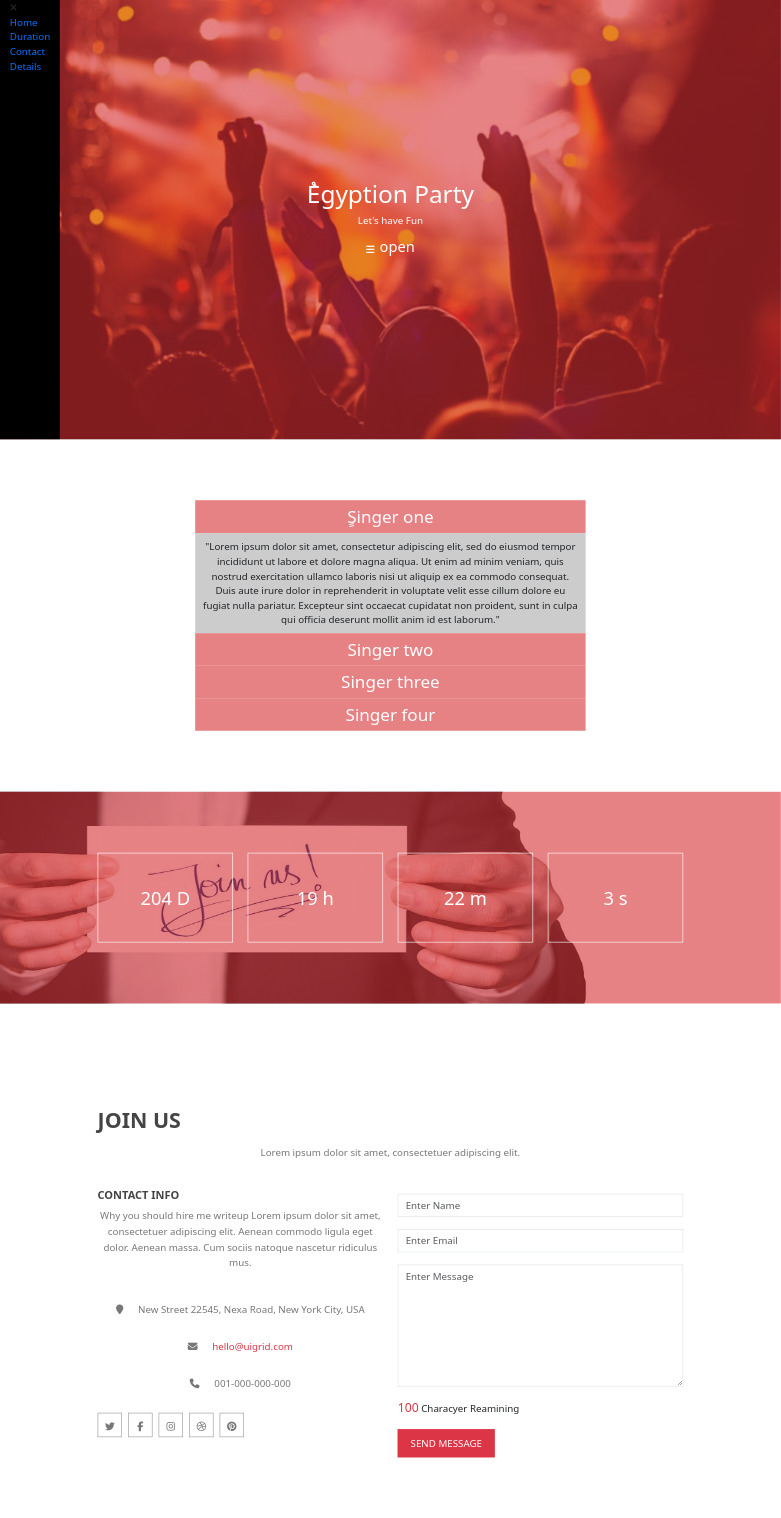
Repository: HagarYousry/jQuery
Page: index.html
An editor plug-in stored every save of this project. The page is shown before and after the next save, followed by the edit.
The browser window is 1280 px wide. The pictures show the whole page, at 61% of full size.

Above is the page before, as saved 2024-07-25 18:20:21.

After the next save:
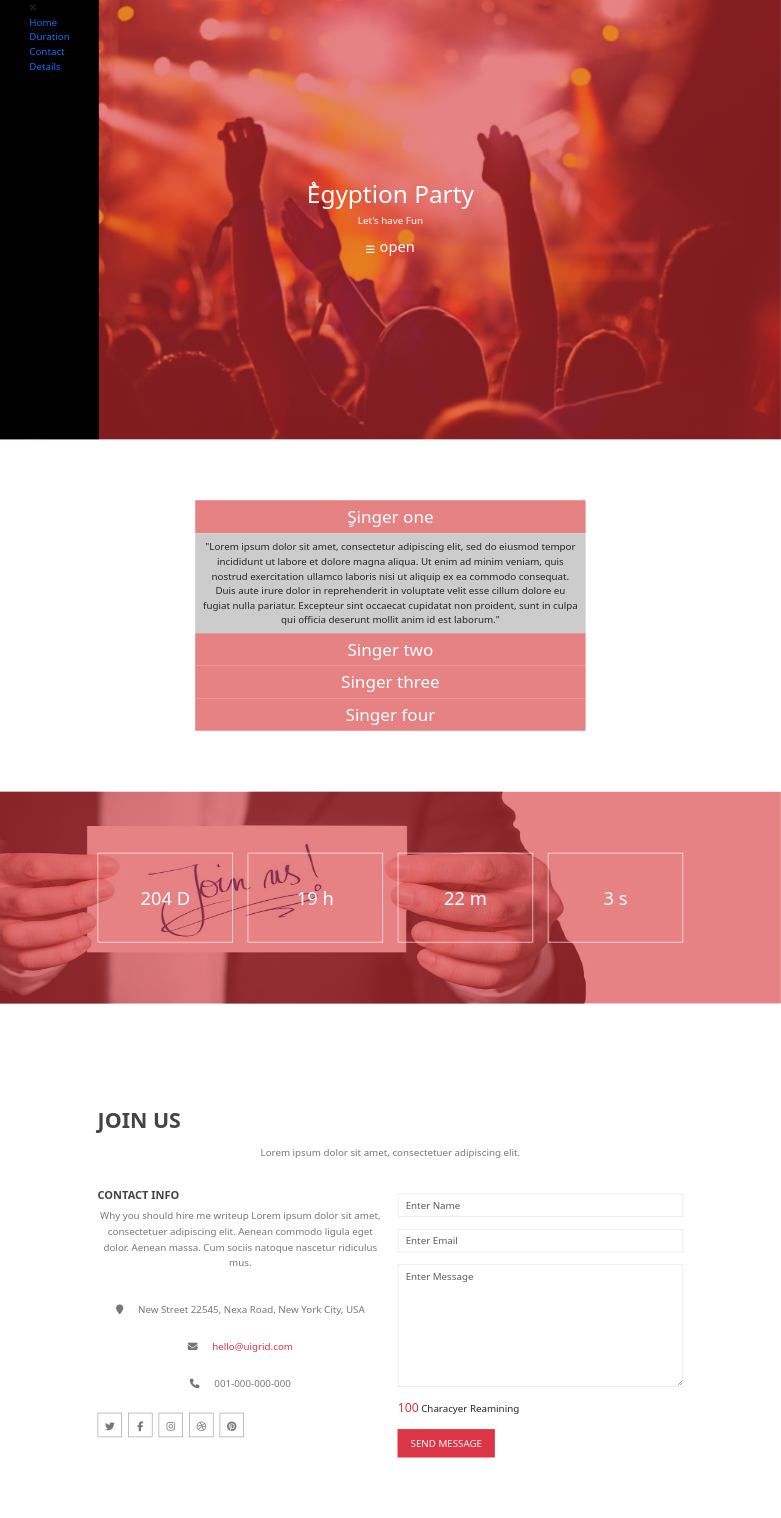
Saved 5 s later.
--- a/index.html
+++ b/index.html
@@ -17,7 +17,7 @@
     <div id="home">
 
             <div id="sideNav" class="sideNav bg-black">
-                <ul class="list-unstyled px-3">
+                <ul class="list-unstyled px-5">
                     <li class="p-0 closeIcon">
                         <i class="fa-solid fa-xmark "></i>
                     </li>
